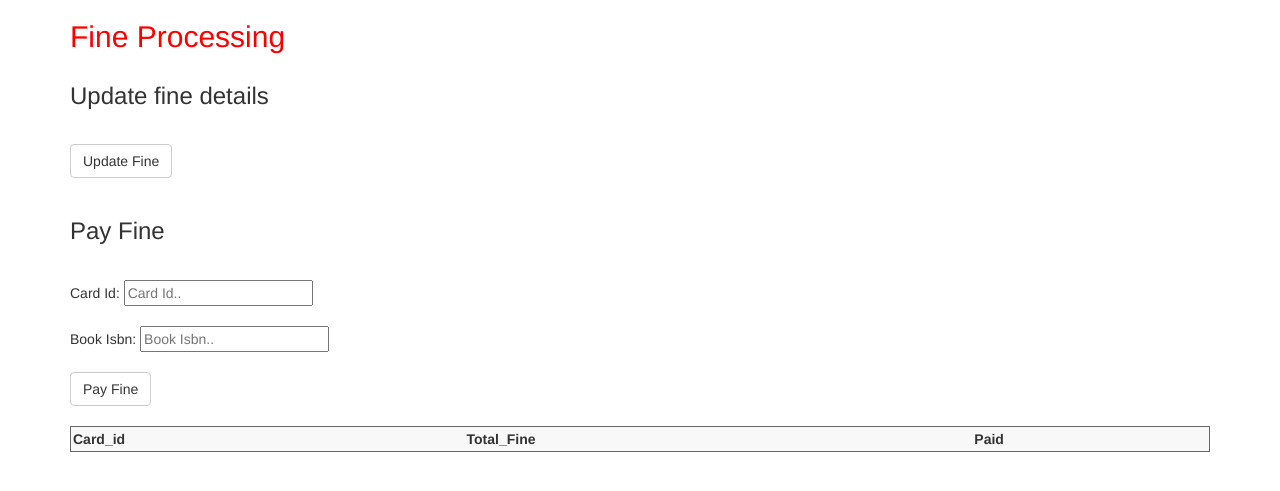
Repository: ApurvaMithal/LibraryManagementSystem
Page: http://localhost/LibraryManagementSystem/Fines.jsp
The author's editor kept a copy of each file at every save. The page is drawn from the files as they stood at one save, then again after the next save.
The browser window is 1280 px wide. The pictures show the whole page.
Some web fonts or font styles are not loaded; a fallback is used. The page is served by Tomcat 9. Other server files are loaded and not shown.

Above is the page before, as saved 2018-02-28 22:40:36.

### eclipse/LibraryManagementSystem/WebContent/Fines.jsp
<%@ page language="java" contentType="text/html; charset=ISO-8859-1"
	pageEncoding="ISO-8859-1"%>
    <!DOCTYPE html PUBLIC "-//W3C//DTD HTML 4.01 Transitional//EN" "http://www.w3.org/TR/html4/loose.dtd">
    <html>

    <head>
        <title>Fine Processing</title>
        <link rel="stylesheet" href="css/bootstrap.min.css">
        <link rel="stylesheet" href="https://cdnjs.cloudflare.com/ajax/libs/font-awesome/4.7.0/css/font-awesome.min.css">
        <link href='http://fonts.googleapis.com/css?family=Oxygen' rel='stylesheet' type='text/css'>
        <script src="js/jquery.min.js"></script>
        <script src="js/bootstrap.min.js"></script>

		<style>
            table {
                border: 1px solid #666;
                width: 100%;
            }

            th {
                background: #f8f8f8;
                font-weight: bold;
                padding: 2px;
            }
        </style>

        <script>
            jQuery(window).ready(function() {

                $("#fineUpdateBtn").click(function(event) {

                    jQuery.ajax({
                        url: "FineUpdateServlet",
                        type: "get",
                        dataType: "json",
                        data: {
                        },
                        success: function(data) {
                            // since we are using jQuery, you don't need to parse response

                            if(data[0].flag == 1){
                                alert("Successful update");
                            }

                          //  drawTable(data);
                        }
                    });

                });
                jQuery(window).ready(function() {

                    $("#finePaymentBtn").click(function(event) {

                        var cardID = $('#cardId').val();
                        var isbn = $('#isbn').val();
                        jQuery.ajax({
                            url: "FinePaymentServlet",
                            type: "get",
                            dataType: "json",
                            data: {
                                cardId: cardID,
                                isbn: isbn

                            },
                            success: function(data) {
                                // since we are using jQuery, you don't need to parse response
                                if(data[0].flag == 1){
                                    alert("Successful Payment");

                                drawTable(data);
                               }
                                else
                                    alert("Cannot pay till book is not checked in");
                            }
                        });

                    });

                    function drawTable(data) {
                    	  $("#fineDetails").find("tr:not(:first)").remove();
                        for (var i = 0; i < data.length; i++) {
                            drawRow(data[i]);
                        }
                    }

                    function drawRow(rowData) {
                        var row = $("<tr />");
                        $("#fineDetails").append(row); //this will append tr element to table... keep its reference for a while since we will add cels into it
                        row.append($("<td>" + rowData.card_id + "</td>"));
                        row.append($("<td>" + rowData.Total_Fine + "</td>"));
                        row.append($("<td>" + rowData.paid + "</td>"));

                    }
                });

            });
        </script>



    </head>

    <body>

        <div class="container">
            <h2>
                <font color="red">Fine Processing</font>
            </h2>
            <div class="fineUpdate">
                <label for="fineUpdate"><h3>Update fine details</h3></label></br></br>
             </div>
            <button type="Submit" class="btn btn-default" id="fineUpdateBtn">Update Fine</button>
			</br></br>

			<div class="finePayment">
                <label for="finePayment"><h3>Pay Fine</h3></label></br></br>
                Card Id:    <input type="text" id="cardId" placeholder="Card Id.." name="cardId"></br></br>
                Book Isbn:  <input type="text" id="isbn" placeholder="Book Isbn.." name="bookIsbn"></br>

            </div>
			</br>
            <button type="Submit" class="btn btn-default" id="finePaymentBtn">Pay Fine</button>
			</br></br>

            <table id="fineDetails">
            <tr>
                <th>Card_id</th>
                <th>Total_Fine</th>
                <th>Paid</th>
            </tr>

         </table>

        </div>


    </body>

    </html>

Loaded but not shown: eclipse/LibraryManagementSystem/WebContent/css/bootstrap.min.css (library); eclipse/LibraryManagementSystem/WebContent/js/jquery.min.js (library); eclipse/LibraryManagementSystem/WebContent/js/bootstrap.min.js (library)

After the next save:
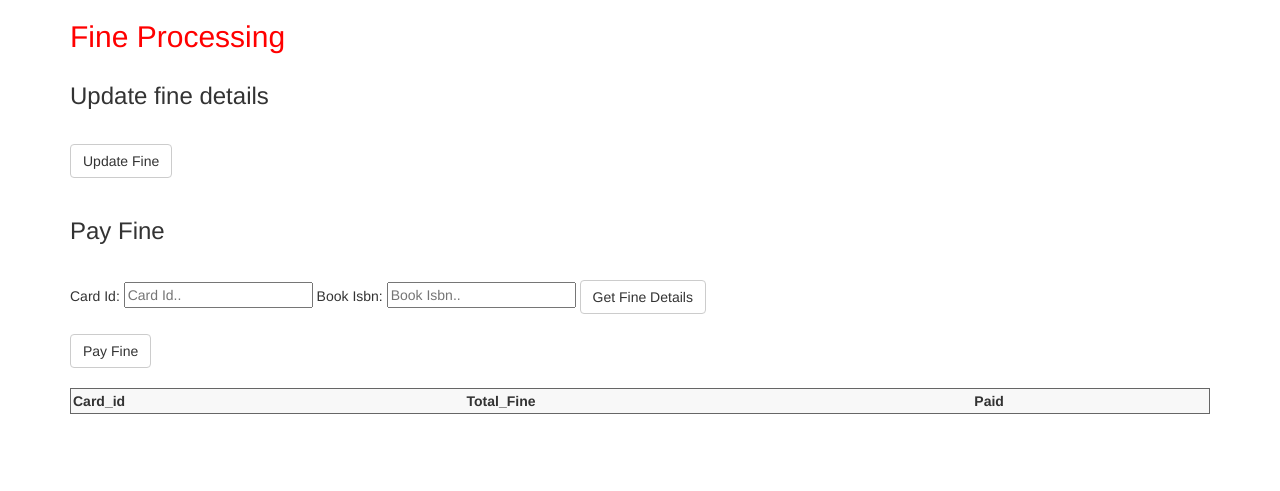
Saved 5 h 26 min later.
--- a/eclipse/LibraryManagementSystem/WebContent/Fines.jsp
+++ b/eclipse/LibraryManagementSystem/WebContent/Fines.jsp
@@ -114,8 +114,9 @@
 
 			<div class="finePayment">
                 <label for="finePayment"><h3>Pay Fine</h3></label></br></br>
-                Card Id:    <input type="text" id="cardId" placeholder="Card Id.." name="cardId"></br></br>
-                Book Isbn:  <input type="text" id="isbn" placeholder="Book Isbn.." name="bookIsbn"></br>
+                Card Id:    <input type="text" id="cardId" placeholder="Card Id.." name="cardId">
+                Book Isbn:  <input type="text" id="isbn" placeholder="Book Isbn.." name="bookIsbn">
+                <button type="Submit" class="btn btn-default" id="getFineBtn">Get Fine Details</button>
 
             </div>
 			</br>
